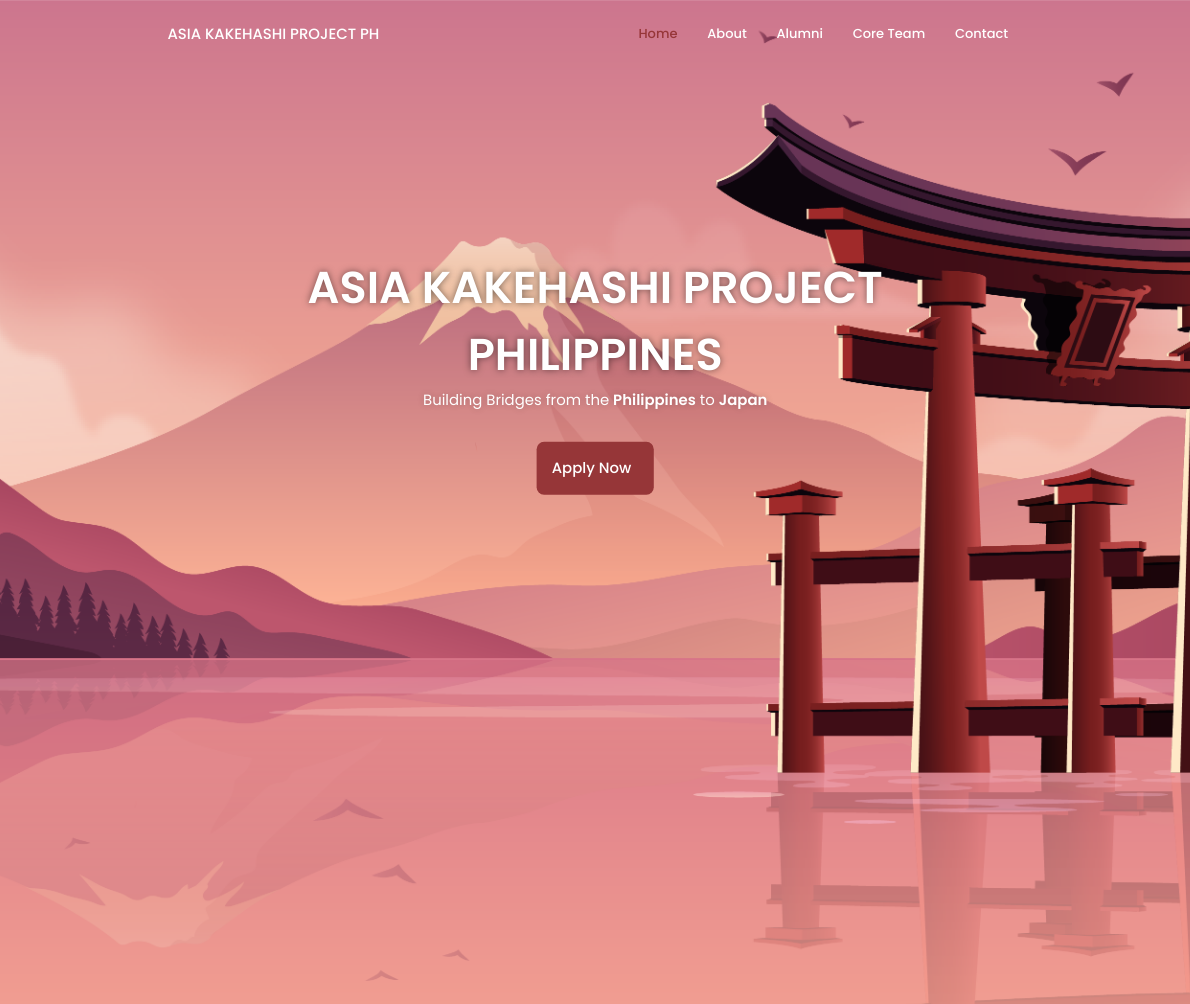
Repository: Aishie123/AKP-PH
Page: index.html
An editor plug-in stored every save of this project. The page is shown before and after the next save, followed by the edit.
The browser window is 1280 px wide. The pictures show the whole page, at 93% of full size.
Some icons come from a web library that is not loaded, so they are not drawn.

Above is the page before, as saved 2024-02-18 00:18:40.

### index.html
<!DOCTYPE html>
    <html lang="en">
    <head>
        <meta charset="UTF-8">
        <meta name="viewport" content="width=device-width, initial-scale=1.0">

        <!--==================== UNICONS ====================-->
        <link rel="stylesheet" href="https://unicons.iconscout.com/release/v4.0.8/css/line.css">


        <!--==================== CSS ====================-->
        <link rel="stylesheet" href="assets/css/styles.css">

        <title>Asia Kakehashi Project Philippines</title>
    </head>
    <body>
        <!--==================== HEADER ====================-->
        <header class="header" id="header">
            <nav class="nav container">
                <a href="#" class="nav__logo">ASIA KAKEHASHI PROJECT PH</a>

                <div class="nav__menu" id="nav-menu">
                    <ul class="nav__list grid">
                        <li class="nav__item">
                            <a href="#home" class="nav__link active-link">
                                <i class="uil uil-estate nav__icon"></i>Home
                            </a>
                        </li>
                        <li class="nav__item">
                            <a href="" class="nav__link">
                                <i class="uil uil-user nav__icon"></i>About
                            </a>
                        </li>
                        <li class="nav__item">
                            <a href="" class="nav__link">
                                <i class="uil uil-file-alt nav__icon"></i>Alumni
                            </a>
                        </li>
                        <li class="nav__item">
                            <a href="" class="nav__link">
                                <i class="uil uil-briefcase-alt nav__icon"></i>Core Team
                            </a>
                        </li>
                        <li class="nav__item">
                            <a href="#apply" class="nav__link">
                                <i class="uil uil-message nav__icon"></i>Contact
                            </a>
                        </li>
                    </ul>
                    <i class="uil uil-times nav__close" id="nav-close"></i>
                </div>

                <div class="nav__btns">
                    <!-- Theme change button -->
                    <i class="uil uil-moon change-theme" id="theme-button"></i>

                    <div class="nav__toggle" id="nav-toggle">
                        <i class="uil uil-apps"></i>
                    </div>
                </div>

            </nav>
        </header>

        <!--==================== MAIN ====================-->
        <main class="main">
            <!--==================== HOME ====================-->
            <section class="home section" id="home">
                <div class="home__container container grid">
                    <div class="home__content grid">
                        <div class="home__data">
                            <h1 class="home__title">ASIA KAKEHASHI PROJECT<br>PHILIPPINES</h1>
                            <p class="home__description">Building Bridges from the <b>Philippines</b> to <b>Japan</b></p>
                            <a href="#apply" class="button button--flex">
                                Apply Now <i class="uil uil-message button__icon"></i>
                            </a>
                        </div>
                        <div class="home__parallax">
                            <img src="assets/img/bg/600ppi/Front_Mountains.png" id="front-mountains">
                        </div>
                    </div>

                    <div class="home__scroll">
                        <a href="#about" class="home__scroll-button button--flex">
                            <i class="uil uil-mouse-alt home__scroll-mouse"></i>
                            <span class="home__scroll-name">Scroll down</span>
                            <i class="uil uil-arrow-down home__scroll-arrow"></i>
                        </a>
                    </div>
                </div>
            </section>

            <section class="about section" id="home">
                <div class="about__container container grid">
                    <div class="about__content grid">

                    </div>
                </div>
            </section>





        <!--==================== SCROLL TOP ====================-->
        <a href="" class="scrollup" id="scroll-up">
            <i class="uil uil-arrow-up scrollup__icon"></i>
        </a>

        <!--==================== MAIN JS ====================-->
        <script src="assets/js/main.js"></script>
    </body>
</html>

### assets/css/styles.css
/*==================== GOOGLE FONTS ====================*/
@import url('https://fonts.googleapis.com/css2?family=Poppins:wght@400;500;600&display=swap');

/*==================== VARIABLES CSS ====================*/
:root {
    --header-height: 3rem;

    /*========== Colors ==========*/
    /* Change favorite color */
    --hue-color: 359;

    /* HSL color mode */
    --first-color: hsl(var(--hue-color), 47%, 40%);
    --first-color-second: hsl(var(--hue-color), 47%, 40%);
    --first-color-alt: hsl(var(--hue-color), 35%, 32%);
    --first-color-lighter: hsl(var(--hue-color), 70%, 64%);
    --title-color: var(--container-color);
    --text-color: #fff;
    --text-color-light: hsl(var(--hue-color), 8%, 65%);
    --input-color: hsl(var(--hue-color), 70%, 96%);
    --body-color: hsl(var(--hue-color), 60%, 99%);
    --container-color: #fff;
    --scroll-bar-color: hsl(var(--hue-color), 12%, 90%);
    --scroll-thumb-color: hsl(var(--hue-color), 12%, 80%);

    /*========== Font and typography ==========*/
    --body-font: 'Poppins', sans-serif;

    /* .5rem = 8px, 1rem = 16px, 1.5rem = 24px ... */
    --big-font-size: 2rem;
    --h1-font-size: 1.5rem;
    --h2-font-size: 1.25rem;
    --h3-font-size: 1.125rem;
    --normal-font-size: .938rem;
    --small-font-size: .813rem;
    --smaller-font-size: .75rem;

    /*========== Font weight ==========*/
    --font-medium: 500;
    --font-semi-bold: 600;

    /*========== Margins Bottom ==========*/
    /* .25rem = 4px, .5rem = 8px, .75rem = 12px ... */
    --mb-0-25: .25rem;
    --mb-0-5: .5rem;
    --mb-0-75: .75rem;
    --mb-1: 1rem;
    --mb-1-5: 1.5rem;
    --mb-2: 2rem;
    --mb-2-5: 2.5rem;
    --mb-3: 3rem;

    /*========== z index ==========*/
    --z-tooltip: 10;
    --z-fixed: 100;
    --z-modal: 1000;
}

/* Font size for large devices */
@media screen and (min-width: 968px) {
    :root {
        --big-font-size: 3rem;
        --h1-font-size: 2.25rem;
        --h2-font-size: 1.5rem;
        --h3-font-size: 1.25rem;
        --normal-font-size: 1rem;
        --small-font-size: .875rem;
        --smaller-font-size: .813rem;
    }
}

/*========== Variables Dark theme ==========*/
body.dark-theme{
  --first-color-second: hsl(var(--hue-color), 30%, 8%);
  --title-color: var(--container-color);
  --text-color: hsl(var(--hue-color), 8%, 75%);
  --input-color: hsl(var(--hue-color), 29%, 16%);
  --body-color: hsl(var(--hue-color), 28%, 12%);
  --container-color: hsl(var(--hue-color), 29%, 16%);
  --scroll-bar-color: hsl(var(--hue-color), 12%, 48%);
  --scroll-thumb-color: hsl(var(--hue-color), 12%, 36%);
}

/*========== Button Dark/Light ==========*/
.nav__btns{
  display: flex;
  align-items: center;
}

.change-theme{
  font-size: 1.25rem;
  color: var(--title-color);
  margin-right: var(--mb-1);
  cursor: pointer;
}

.change-theme:hover{
  color: var(--first-color);
}

/*==================== BASE ====================*/
* {
  box-sizing: border-box;
  padding: 0;
  margin: 0;
}

html {
  scroll-behavior: smooth;
}

body {
  margin: 0 0 var(--header-height) 0;
  font-family: var(--body-font);
  font-size: var(--normal-font-size);
  background-color: var(--body-color);
  color: var(--text-color);
}

h1, h2, h3, h4 {
  color: var(--title-color);
  font-weight: var(--font-semi-bold);
}

ul {
  list-style: none;
}

a {
  text-decoration: none;
}

img {
  /*max-width: 100%;*/
  height: auto;
}

/*==================== REUSABLE CSS CLASSES ====================*/
/*
.section {
  padding: 2rem 0 4rem;
}
*/

.section__title {
  font-size: var(--h1-font-size);
  color: var(--title-color);
}

.section__subtitle {
  display: block;
  font-size: var(--small-font-size);
  margin-bottom: var(--mb-3);
}

.section__title,
.section__subtitle {
  text-align: center;
}

/*==================== LAYOUT ====================*/
.container {
  padding-left: var(--mb-1-5);
  padding-right: var(--mb-1-5);
}

.grid {
  display: grid;
  gap: 1.5rem;
}

.header {
  width: 100%;
  position: fixed;
  bottom: 0;
  left: 0;
  z-index: var(--z-fixed);
 /*background-color: var(--body-color);*/
}

/*==================== NAV ====================*/
.nav{
  max-width: 968px;
  height: var(--header-height);
  display: flex;
  justify-content: space-between;
  align-items: center;
}

.nav__logo,
.nav__toggle{
  color: var(--title-color);
  font-weight: var(--font-medium);
}

.nav__logo:hover{
  color: var(--first-color);
}

.nav__toggle{
  font-size: 1.1rem;
  cursor: pointer;
}

.nav__toggle:hover{
  color: var(--first-color);
}

@media screen and (max-width: 767px){
  .nav__menu{
    position: fixed;
    bottom: -100%;
    left: 0;
    width: 100%;
    background-color: var(--body-color);
    padding: 2rem 1.5rem 4rem;
    box-shadow: 0 -1px 4px rgba(0, 0, 0, 0.15);
    border-radius: 1.5rem 1.5rem 0 0;
    transition: .3s;
  }
}

.nav__list{
  grid-template-columns: repeat(3, 1fr);
  gap: 2rem;
}

.nav__link{
  display: flex;
  flex-direction: column;
  align-items: center;
  font-size: var(--small-font-size);
  color: var(--container-color);
  font-weight: var(--font-medium);
}

.nav__link:hover{
  color: var(--first-color);
}

.nav__icon{
  font-size: 1.2rem;
}

.nav__close{
  position: absolute;
  right: 1.3rem;
  bottom: .5rem;
  font-size: 1.5rem;
  cursor: pointer;
  color: var(--first-color);
}

.nav__close:hover{
  color: var(--first-color-alt);
}

/* show menu */
.show-menu{
  bottom: 0;
}

/* Active link */
.active-link{
  color: var(--first-color);
}

/* Change background header */
.scroll-header{
  box-shadow: 0 -1px 4px rgba(0, 0, 0, 0.15);
}

/*==================== HOME ====================*/
.home__container{
    gap: 1rem;
    background: url(../img/bg/600ppi/Back_Sky.png) center/cover no-repeat;
    height: 100vh;
    background-size: cover; /* This will make the background image cover the entire container */
  overflow: hidden; /* Hide any content that overflows the container */
}

  .home__content {
    position: relative;
    padding-top: 3.5rem;
    align-items: center;
  }

  .home__parallax {
    position: absolute;
    top: 0;
    left: 0;
    width: 100%; /* Relative width */
    height: auto; /* Maintain aspect ratio */
    max-width: 100%; /* Ensure the image doesn't exceed its natural size */
    z-index: 0;
  }

  #front-mountains {
    position: relative; /* Change to relative positioning */
    width: 130rem;
    transform: translate(-30%, -30%); /* Adjust to center the element */

  }

  .home__social{
    display: grid;
    grid-template-columns: max-content;
    row-gap: 1rem;
  }

  .home__social-icon{
    font-size: 1.25rem;
    color: var(--first-color);
  }

  .home__social-icon:hover{
    color: var(--first-color-alt);
  }

  .home__data {
    display: flex;
    flex-direction: column;
    align-items: center;
    justify-content: center;
    z-index: var(--z-tooltip);
  }

  .home__title{
    font-size: var(--big-font-size);
    text-align: center;
    text-shadow: 0px 0px 8px rgba(0, 0, 0, 0.5); /* Adjust the shadow properties as needed */
  }

  .home__subtitle{
    font-size: var(--h3-font-size);
    color: var(--text-color);
    font-weight: var(--font-medium);
    margin-bottom: var(--mb-0-75);
  }

  .home__description{
    text-align: center;
    margin-bottom: var(--mb-2);
    text-shadow: 0px 0px 8px rgba(0, 0, 0, 0.2); /* Adjust the shadow properties as needed */
  }

  .home__scroll{
    display: none;
  }

  .home__scroll-button{
    color: var(--first-color);
    transition: .3s;
  }

  .home__scroll-button:hover{
    transform: translateY(.25rem);
  }

  .home__scroll-mouse{
    font-size: 2rem;
  }

  .home__scroll-name{
    font-size: var(--small-font-size);
    color: var(--title-color);
    font-weight: var(--font-medium);
    margin-right: var(--mb-0-25);
  }

  .home__scroll-arrow{
    font-size: 1.25rem;
  }

  /*==================== BUTTONS ====================*/
  .button{
    display: inline-block;
    background-color: var(--first-color);
    color: #FFF;
    padding: 1rem;
    border-radius: .5rem;
    font-weight: var(--font-medium);
  }

  .button:hover{
    background-color: var(--first-color-alt);
  }

  .button__icon{
    font-size: 1.25rem;
    margin-left: var(--mb-0-5);
    transition: .3s;
  }

  .button--flex{
    display: inline-flex;
    align-items: center;
  }




/*==================== FOOTER ====================*/
.footer{
    text-align: center;
    padding-top: 2rem;
  }

  .footer__container{
    row-gap: 1rem;
  }

  .footer__bg{
    background-color: var(--first-color-second);
    padding: 2rem 0 3rem;
  }

  .footer__title{
    font-size: var(--h1-font-size);
    margin-bottom: var(--mb-0-25);
  }

  .footer__subtitle{
    font-size: var(--small-font-size);
  }

  .footer__socials{
    font-size: 1.25rem;
    /* margin-right: var(--mb-1-5); */
    display: inline-block;
  }

  .footer__social:hover{
    color: var(--first-color-lighter);
  }

  .footer__copy{
    font-size: var(--smaller-font-size);
    text-align: center;
    margin-top: var(--mb-1);
  }

  .footer__title,
  .footer__subtitle,
  .footer__social,
  .footer__copy{
    color: #FFF
  }

  /*========== SCROLL UP ==========*/
  .scrollup{
    position: fixed;
    right: 1rem;
    bottom: -20%;
    background-color: var(--first-color);
    opacity: .8;
    padding: 0 .3rem;
    border-radius: .4rem;
    z-index: var(--z-tooltip);
    transition: .4s;
  }

  .scrollup:hover{
    background-color: var(--first-color-alt);
  }

  .scrollup__icon{
    font-size: 1.5rem;
    color: #FFF;
  }

  /* Show scroll */
  .show-scroll{
    bottom: 5rem;
  }

  /*========== SCROLL BAR ==========*/
  ::-webkit-scrollbar{
    width: .60rem;
    background-color: var(--scroll-bar-color);
    border-radius: .5rem;
  }

  ::-webkit-scrollbar-thumb{
    background-color: var(--scroll-thumb-color);
    border-radius: .5rem;
  }

  ::-webkit-scrollbar-thumb:hover{
    background-color: var(--text-color-light);
  }

  /*==================== MEDIA QUERIES ====================*/
  /* For small devices */
  @media screen and (max-width: 350px){
    .container{
      padding-left: var(--mb-1);
      padding-right: var(--mb-1);
    }

    .nav__menu{
      padding: 2rem .25rem 4rem;
    }

    .nav__list{
      column-gap: 0;
    }

    .home__container{
      row-gap: 5rem;
      height: 100vh;
    }

    #front-mountains{
      transform: translate(-50%, -30%);
      width: 90rem;
    }
  }

  /* For medium devices */
  @media screen and (min-width: 568px){

    .home__data{
      grid-column: initial;
    }
    .home__img{
      order: 1;
      justify-self: center;
    }

    .home__container{
      row-gap: 5rem;
      height: 100vh;
    }

    #front-mountains{
      width: 100rem;
    }
  }

  @media screen and (min-width: 768px){
    .container{
      margin-left: auto;
      margin-right: auto;
    }

    body{
      margin: 0;
    }

    .section__subtitle{
      margin-bottom: 4rem;
    }

    .header{
      top: 0;
      bottom: initial;
    }

    .nav{
      height: calc(var(--header-height) + 1.5rem);
      column-gap: 1rem;
    }

    .nav__icon,
    .nav__close,
    .nav__toggle{
      display: none;
    }

    .nav__list{
      display: flex;
      column-gap: 2rem;
    }
    .nav__menu{
      margin-left: auto;
    }
    .change-theme{
      margin: 0;
    }

    .home__content {
      position: relative;
      padding-top: 8rem;
      align-items: center;
    }

    .home__container{
      row-gap: 5rem;
      height: 150vh;
    }

    .home__scroll{
      display: block;
    }
    .home__scroll-button{
      margin-left: 3rem;
    }

    #front-mountains{
      width: 130rem;
    }
  }

  /* For large devices */
  @media screen and (min-width: 1024px){
    .header,
    .main,
    .footer__container{
      padding: 0;
    }

    .home__social{
      transform: translateX(-6rem);
    }

    #front-mountains{
      width: 160rem;
    }

  }

  /* For larger devices like iMac*/
  @media screen and (min-width: 1500px){
    #front-mountains{
      width: 180rem;
    }

  }

### assets/js/main.js
/*==================== DARK LIGHT THEME ====================*/

const themeButton = document.getElementById('theme-button')
const darkTheme = 'dark-theme'
const iconTheme = 'uil-sun'

// Previously selected topic (if user selected)
const selectedTheme = localStorage.getItem('selected-theme')
const selectedIcon = localStorage.getItem('selected-icon')

// We obtain the current theme that the interface has by validating the dark-theme class
const getCurrentTheme = () => document.body.classList.contains(darkTheme) ? 'dark' : 'light'
const getCurrentIcon = () => themeButton.classList.contains(iconTheme) ? 'uil-moon' : 'uil-sun'

// We validate if the user previously chose a topic
if (selectedTheme) {
  // If the validation is fulfilled, we ask what the issue was to know if we activated or deactivated the dark
  document.body.classList[selectedTheme === 'dark' ? 'add' : 'remove'](darkTheme)
  themeButton.classList[selectedIcon === 'uil-moon' ? 'add' : 'remove'](iconTheme)
}

// Activate / deactivate the theme manually with the button
themeButton.addEventListener('click', () => {
    // Add or remove the dark / icon theme
    document.body.classList.toggle(darkTheme)
    themeButton.classList.toggle(iconTheme)
    // We save the theme and the current icon that the user chose
    localStorage.setItem('selected-theme', getCurrentTheme())
    localStorage.setItem('selected-icon', getCurrentIcon())
})

After the next save:
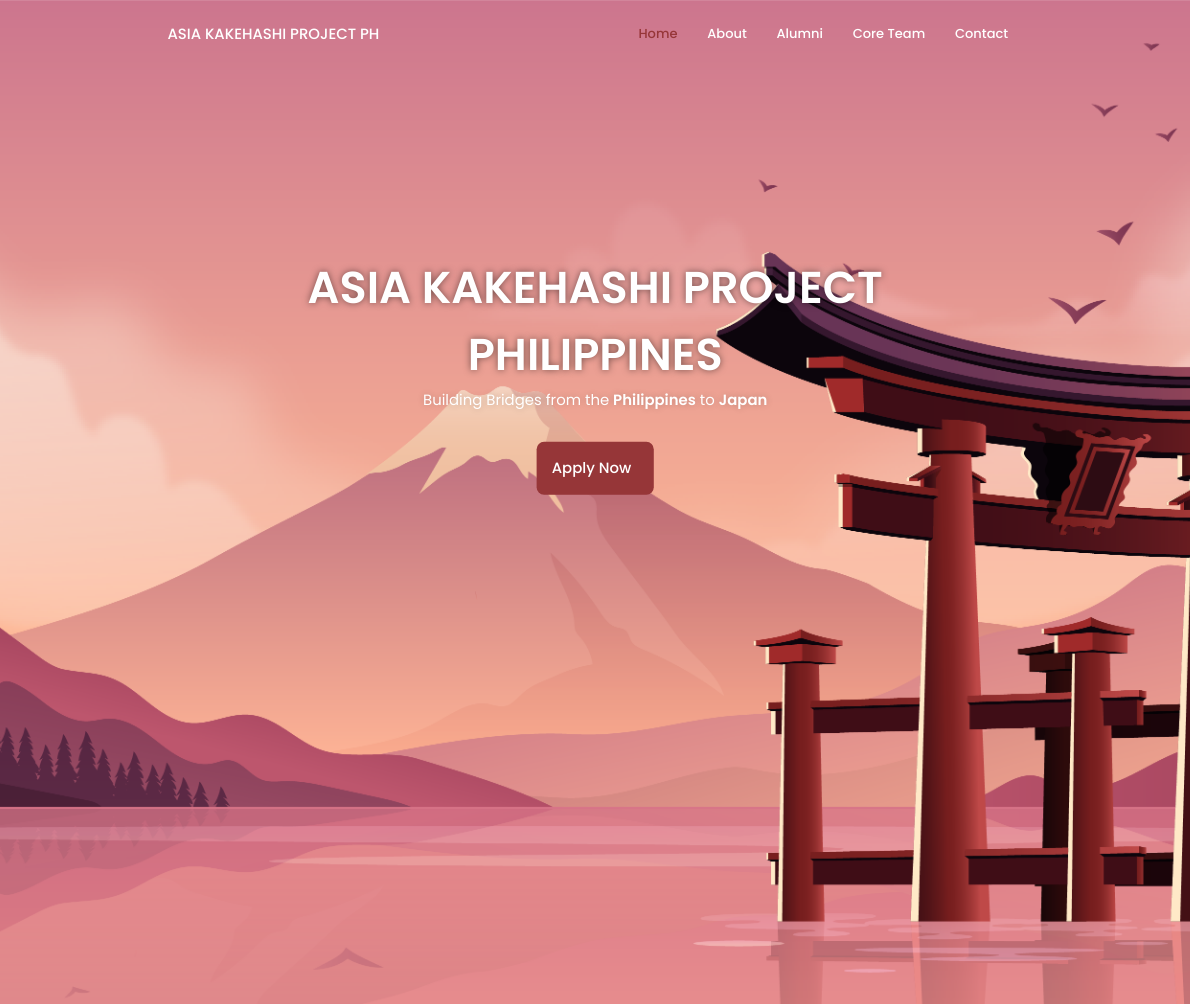
Saved 3 min 28 s later.
--- a/assets/css/styles.css
+++ b/assets/css/styles.css
@@ -287,11 +287,11 @@
 
   .home__parallax {
     position: absolute;
-    top: 0;
+    top: 10rem;
     left: 0;
-    width: 100%; /* Relative width */
-    height: auto; /* Maintain aspect ratio */
-    max-width: 100%; /* Ensure the image doesn't exceed its natural size */
+    width: 100%;
+    height: auto;
+    max-width: 100%;
     z-index: 0;
   }
 
